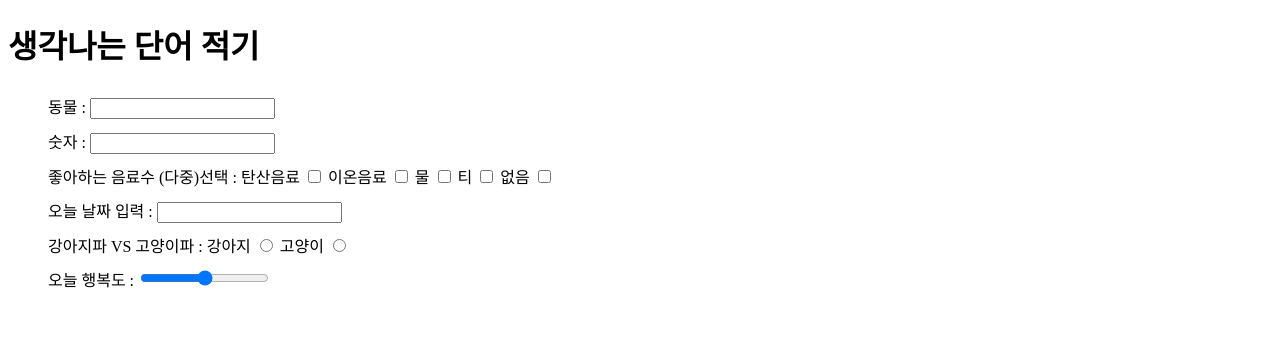
Repository: ham-zi/front-practice
Page: dynamic-workspace/MyFirstWebProject/src/main/webapp/views/request_get2.html
An editor plug-in stored every save of this project. The page is shown before and after the next save, followed by the edit.
The browser window is 1280 px wide. The pictures show the whole page.

Above is the page before, as saved 2026-05-04 08:24:41.

### dynamic-workspace/MyFirstWebProject/src/main/webapp/views/request_get2.html
<!DOCTYPE html>
<html>
<head>
<meta charset="UTF-8">
<title>Insert title here</title>

<style>
	ul{
		list-style : none;
		list-height : 200%;
	}

	ul > li {
		padding : 5px 0px;
	}
</style>

</head>
<body>


	<form method="get" action="second.do">
			<h1>생각나는 단어 적기</h1>
		<ul>
			<li>
				동물 : <input type="text" name="animal"/>
			</li>

			<li>
				숫자 : <input type="number" name="number"/>
			</li>

			<li>
				좋아하는 음료수 (다중)선택 :
				탄산음료 <input type="checkbox" name="drink" value="탄산음료"/>
				이온음료 <input type="checkbox" name="drink" value="이온음료"/>
				물     <input type="checkbox" name="drink" value="물"/>
				티     <input type="checkbox" name="drink" value="티"/>
				없음    <input type="checkbox" name="drink" value="없음"/>
			</li>

			<li>
				오늘 날짜 입력 : <input type="text" name="date"/>
			</li>

			<li>
				강아지파 VS 고양이파 :
				강아지 <input : type="radio" name="catdog" value="강아지"/>
				고양이 <input : type="radio" name="catdog" value="고양이"/>
			</li>

			<li>
				오늘 행복도 :
				<input type="range" name="happy" min="0" max="100"/>
			</li>


			<li></li>
			<li></li>
			<li></li>
			<li></li>

		</ul>
	</form>







</body>
</html>

After the next save:
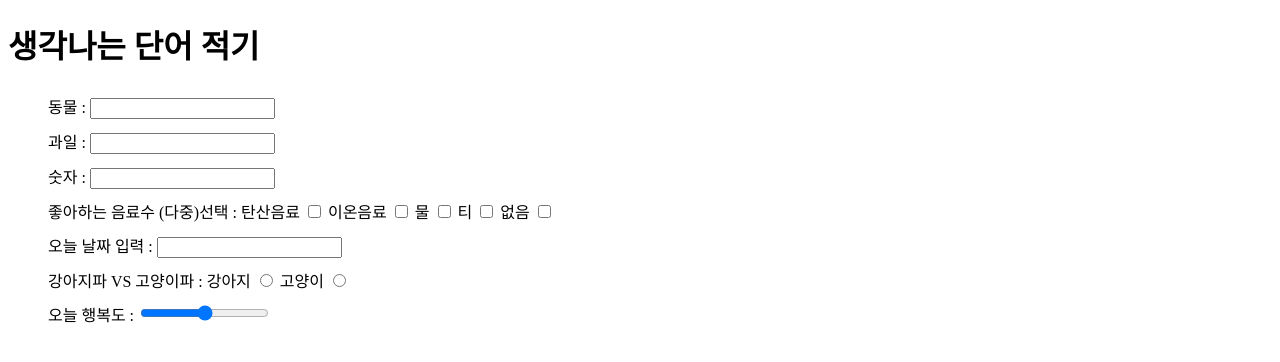
Saved 87 s later.
--- a/dynamic-workspace/MyFirstWebProject/src/main/webapp/views/request_get2.html
+++ b/dynamic-workspace/MyFirstWebProject/src/main/webapp/views/request_get2.html
@@ -25,6 +25,11 @@
 			<li>
 				동물 : <input type="text" name="animal"/>
 			</li>
+
+			<li>
+				과일 : <input type="text" name="fruit"/>
+			</li>
+
 
 			<li>
 				숫자 : <input type="number" name="number"/>
@@ -55,10 +60,16 @@
 			</li>
 
 
-			<li></li>
-			<li></li>
-			<li></li>
-			<li></li>
+
+
+			<li>
+			</li>
+
+			<li>
+			</li>
+
+			<li>
+			</li>
 
 		</ul>
 	</form>
